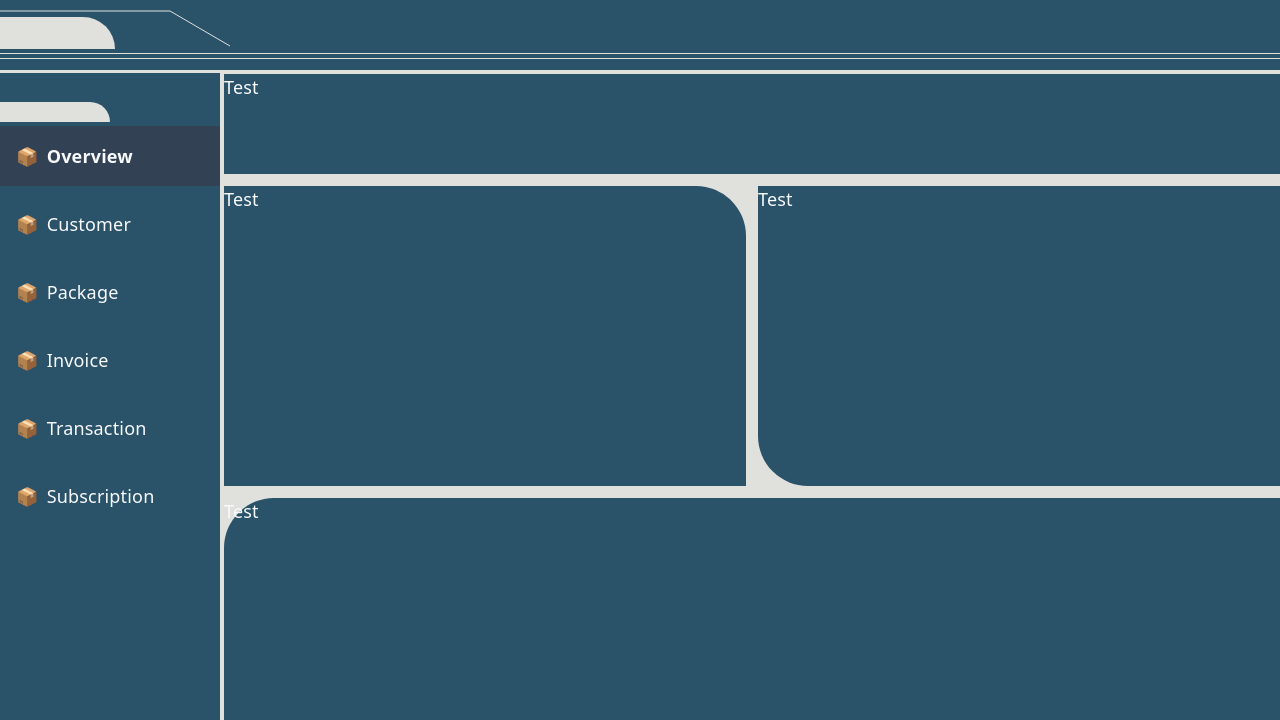
Repository: Farazdaq/stripe-payment-integration
Page: /dashboard (app in stripe-integration-react-dashboard/)
The author's editor kept a copy of each file at every save. The page is drawn from the files as they stood at one save, then again after the next save.
The browser window is 1280 px wide. The pictures show the whole page.
An inner scrolling area shows only its first screen. The project was rebuilt for these pictures with package versions that can differ from the ones it lists, and the page was loaded fresh each time. Also part of the build but not shown: stripe-integration-react-dashboard/vite.config.ts, stripe-integration-react-dashboard/src/App.css, stripe-integration-react-dashboard/src/features/dashboard/pages/Customer.tsx, stripe-integration-react-dashboard/src/features/dashboard/pages/Package.tsx, stripe-integration-react-dashboard/src/features/dashboard/pages/Invoice.tsx, stripe-integration-react-dashboard/src/features/dashboard/pages/Transaction.tsx, stripe-integration-react-dashboard/src/features/dashboard/pages/Subscription.tsx.

Above is the page before, as saved 2026-05-12 16:55:13.

After the next save:
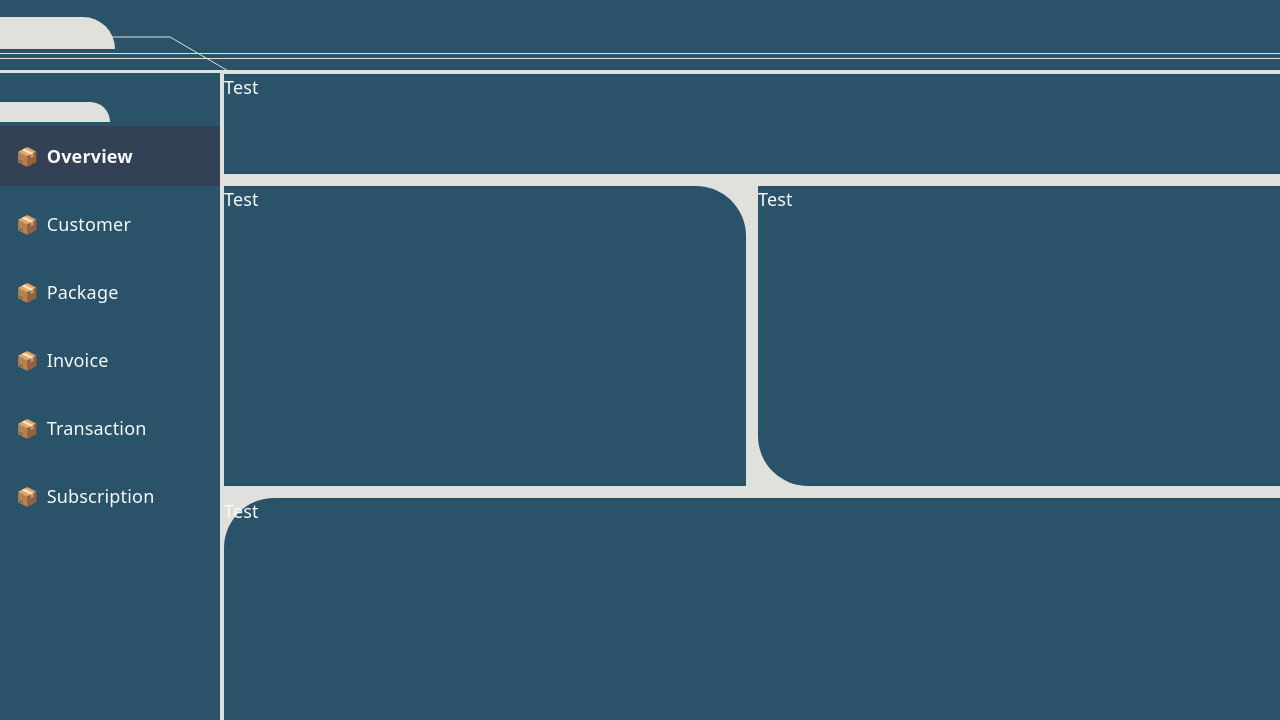
Saved 20 s later.
--- a/stripe-integration-react-dashboard/src/features/dashboard/layout/Navbar.tsx
+++ b/stripe-integration-react-dashboard/src/features/dashboard/layout/Navbar.tsx
@@ -19,20 +19,20 @@ export default function Navbar() {
         {/* FIX: Wrap angled divider in a fixed-height container */}
 
         <div style={{ height: "3px", overflow: "visible" }}>
-          <div className="flex flex-row">
-            <LineDivider
-              color="#E0E0DD"
-              thickness="1px"
-              points={[
-                { x: 0, y: 0 }, // start
-                { x: 170, y: 0 }, // go straight 500px
-                { d: 35 }, // go down 20px
-              ]} // go to end of screen
-            />
+          <div></div>
+          <p>ATPAY</p>
+          <LineDivider
+            color="#E0E0DD"
+            thickness="1px"
+            points={[
+              { x: 0, y: 0 }, // start
+              { x: 170, y: 0 }, // go straight 500px
+              { d: 35 }, // go down 20px
+            ]} // go to end of screen
+          />
 
-            <div className="ml-[9.5%] mb-1">
-              <LineDivider color="#E0E0DD" thickness="1px" />
-            </div>
+          <div className="ml-[9.5%] mb-1">
+            <LineDivider color="#E0E0DD" thickness="1px" />
           </div>
         </div>
 
